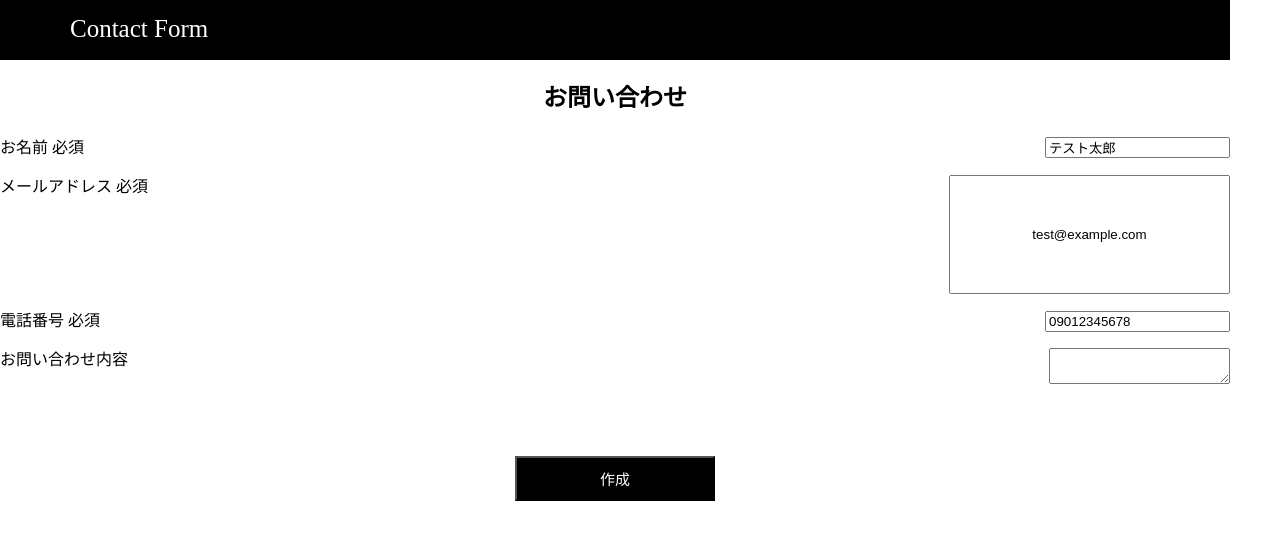
Repository: mayu-ya/my-contact-form
Page: http://localhost/
The author's editor kept a copy of each file at every save. The page is drawn from the files as they stood at one save, then again after the next save.
The browser window is 1280 px wide. The pictures show the whole page.
The page is served by the project's Laravel application, run on PHP 8.4 with Laravel 8. Other server files are loaded and not shown.

Above is the page before, as saved 2026-01-01 15:04:37.

### src/routes/web.php
<?php

use Illuminate\Support\Facades\Route;
use App\Http\Controllers\ContactController;

/*
|--------------------------------------------------------------------------
| Web Routes
|--------------------------------------------------------------------------
|
| Here is where you can register web routes for your application. These
| routes are loaded by the RouteServiceProvider within a group which
| contains the "web" middleware group. Now create something great!
|
*/

Route::get('/', [ContactController::class,'index']);

### src/app/Http/Controllers/ContactController.php
<?php

namespace App\Http\Controllers;

use Illuminate\Http\Request;

class ContactController extends Controller
{
    public function index()
    {
        return view('index');
    }
}

### src/resources/views/index.blade.php
@extends('layouts.app')

@section('css')
<link rel="stylesheet" href="{{ asset('css/index.css') }}">
@endsection

@section('content')
<div class="content">
    <div class="form-title">
        <h2 class="form-title-con">お問い合わせ</h2>
    </div>

    <form class="form">
        <div class="form-content">
            <div class="form-content-name">
                <span class="form-content-name_na">お名前</span>
                <span class="form-content-name_re">必須</span>
            </div>
            <div class="form-name_create">
                <input type="text" name="name" value="テスト太郎">
            </div>
        </div>
        <div class="form-content">
            <div class="form-content-email">
                <span class="form-content-email_em">メールアドレス</span>
                <span class="form-content-email_re">必須</span>
            </div>
            <div class="form-email_create">
                <input type="text" name="email" value="test@example.com">
            </div>
        </div>
        <div class="form-content">
            <div class="form-content-tel">
                <span class="form-content-tel_te">電話番号</span>
                <span class="form-content-tel_re">必須</span>
            </div>
            <div class="form-tel_create">
                <input type="text" name="tel" value="09012345678">
            </div>
        </div>
        <div class="form-content">
            <div class="form-content-text">
                <span class="content-text_co">お問い合わせ内容</span>
            </div>
            <div class="form-text_create">
                <textarea name="text" value="資料をいただきたいです"></textarea>
            </div>

        </div>

        <div class="form-button">
            <button class="form-button_create">作成</button>
        </div>
    </form>
</div>
@endsection

### src/resources/views/layouts/app.blade.php
<!DOCTYPE html>
<html lang="ja">
<head>
    <meta charset="UTF-8">
    <meta name="viewport" content="width=device-width, initial-scale=1.0">
    <title>Contact Form</title>
    <link rel="stylesheet" href="{{ asset('css/sanitize.css') }}">
    <link rel="stylesheet" href="{{ asset('css/common.css') }}">
    @yield('css')
</head>
<body>
    <header class="header">
        <div class="header-title">
            <a href="/" class="header-logo">Contact Form</a>
        </div>
    </header>

    <main>
        @yield('content')
    </main>
</body>
</html>

### src/public/css/sanitize.css
/* Document
* ========================================================================== */

/**
* Add border box sizing in all browsers (opinionated).
*/

*,
::before,
::after {
  box-sizing: border-box;
}

/**
* 1. Add text decoration inheritance in all browsers (opinionated).
* 2. Add vertical alignment inheritance in all browsers (opinionated).
*/

::before,
::after {
  vertical-align: inherit;
  /* 2 */
  text-decoration: inherit;
  /* 1 */
}

/**
* 1. Use the default cursor in all browsers (opinionated).
* 2. Change the line height in all browsers (opinionated).
* 3. Use a 4-space tab width in all browsers (opinionated).
* 4. Remove the grey highlight on links in iOS (opinionated).
* 5. Prevent adjustments of font size after orientation changes in
*    IE on Windows Phone and in iOS.
* 6. Breaks words to prevent overflow in all browsers (opinionated).
*/

html {
  word-break: break-word;
  /* 6 */
  -moz-tab-size: 4;
  /* 3 */
  tab-size: 4;
  /* 3 */
  line-height: 1.5;
  /* 2 */
  cursor: default;
  /* 1 */

  -webkit-tap-highlight-color: transparent
    /* 4 */
  ;
  -ms-text-size-adjust: 100%;
  /* 5 */
  -webkit-text-size-adjust: 100%;
  /* 5 */
}

/* Sections
* ========================================================================== */

/**
* Remove the margin in all browsers (opinionated).
*/

body {
  margin: 0;
}

/**
* Correct the font size and margin on `h1` elements within `section` and
* `article` contexts in Chrome, Edge, Firefox, and Safari.
*/

h1 {
  margin: 0.67em 0;
  font-size: 2em;
}

/* Grouping content
* ========================================================================== */

/**
* Remove the margin on nested lists in Chrome, Edge, IE, and Safari.
*/

dl dl,
dl ol,
dl ul,
ol dl,
ul dl {
  margin: 0;
}

/**
* Remove the margin on nested lists in Edge 18- and IE.
*/

ol ol,
ol ul,
ul ol,
ul ul {
  margin: 0;
}

/**
* 1. Add the correct sizing in Firefox.
* 2. Show the overflow in Edge 18- and IE.
*/

hr {
  overflow: visible;
  /* 2 */
  height: 0;
  /* 1 */
}

/**
* Add the correct display in IE.
*/

main {
  display: block;
}

/**
* Remove the list style on navigation lists in all browsers (opinionated).
*/

nav ol,
nav ul {
  padding: 0;
  list-style: none;
}

/**
* 1. Correct the inheritance and scaling of font size in all browsers.
* 2. Correct the odd `em` font sizing in all browsers.
*/

pre {
  font-size: 1em;
  /* 2 */
  font-family: monospace, monospace;
  /* 1 */
}

/* Text-level semantics
* ========================================================================== */

/**
* Remove the gray background on active links in IE 10.
*/

a {
  background-color: transparent;
}

/**
* Add the correct text decoration in Edge 18-, IE, and Safari.
*/

abbr[title] {
  text-decoration: underline;
  text-decoration: underline dotted;
}

/**
* Add the correct font weight in Chrome, Edge, and Safari.
*/

b,
strong {
  font-weight: bolder;
}

/**
* 1. Correct the inheritance and scaling of font size in all browsers.
* 2. Correct the odd `em` font sizing in all browsers.
*/

code,
kbd,
samp {
  font-size: 1em;
  /* 2 */
  font-family: monospace, monospace;
  /* 1 */
}

/**
* Add the correct font size in all browsers.
*/

small {
  font-size: 80%;
}

/* Embedded content
* ========================================================================== */

/*
* Change the alignment on media elements in all browsers (opinionated).
*/

audio,
canvas,
iframe,
img,
svg,
video {
  vertical-align: middle;
}

/**
* Add the correct display in IE 9-.
*/

audio,
video {
  display: inline-block;
}

/**
* Add the correct display in iOS 4-7.
*/

audio:not([controls]) {
  display: none;
  height: 0;
}

/**
* Remove the border on iframes in all browsers (opinionated).
*/

iframe {
  border-style: none;
}

/**
* Remove the border on images within links in IE 10-.
*/

img {
  border-style: none;
}

/**
* Change the fill color to match the text color in all browsers (opinionated).
*/

svg:not([fill]) {
  fill: currentColor;
}

/**
* Hide the overflow in IE.
*/

svg:not(:root) {
  overflow: hidden;
}

/* Tabular data
* ========================================================================== */

/**
* Collapse border spacing in all browsers (opinionated).
*/

table {
  border-collapse: collapse;
}

/* Forms
* ========================================================================== */

/**
* Remove the margin on controls in Safari.
*/

button,
input,
select {
  margin: 0;
}

/**
* 1. Show the overflow in IE.
* 2. Remove the inheritance of text transform in Edge 18-, Firefox, and IE.
*/

button {
  overflow: visible;
  /* 1 */
  text-transform: none;
  /* 2 */
}

/**
* Correct the inability to style buttons in iOS and Safari.
*/

button,
[type="button"],
[type="reset"],
[type="submit"] {
  -webkit-appearance: button;
}

/**
* 1. Change the inconsistent appearance in all browsers (opinionated).
* 2. Correct the padding in Firefox.
*/

fieldset {
  padding: 0.35em 0.75em 0.625em;
  /* 2 */
  border: 1px solid #a0a0a0;
  /* 1 */
}

/**
* Show the overflow in Edge 18- and IE.
*/

input {
  overflow: visible;
}

/**
* 1. Correct the text wrapping in Edge 18- and IE.
* 2. Correct the color inheritance from `fieldset` elements in IE.
*/

legend {
  display: table;
  /* 1 */
  max-width: 100%;
  /* 1 */
  color: inherit;
  /* 2 */
  white-space: normal;
  /* 1 */
}

/**
* 1. Add the correct display in Edge 18- and IE.
* 2. Add the correct vertical alignment in Chrome, Edge, and Firefox.
*/

progress {
  display: inline-block;
  /* 1 */
  vertical-align: baseline;
  /* 2 */
}

/**
* Remove the inheritance of text transform in Firefox.
*/

select {
  text-transform: none;
}

/**
* 1. Remove the margin in Firefox and Safari.
* 2. Remove the default vertical scrollbar in IE.
* 3. Change the resize direction in all browsers (opinionated).
*/

textarea {
  overflow: auto;
  /* 2 */
  margin: 0;
  /* 1 */
  resize: vertical;
  /* 3 */
}

/**
* Remove the padding in IE 10-.
*/

[type="checkbox"],
[type="radio"] {
  padding: 0;
}

/**
* 1. Correct the odd appearance in Chrome, Edge, and Safari.
* 2. Correct the outline style in Safari.
*/

[type="search"] {
  outline-offset: -2px;
  /* 2 */

  -webkit-appearance: textfield;
  /* 1 */
}

/**
* Correct the cursor style of increment and decrement buttons in Safari.
*/

::-webkit-inner-spin-button,
::-webkit-outer-spin-button {
  height: auto;
}

/**
* Correct the text style of placeholders in Chrome, Edge, and Safari.
*/

::-webkit-input-placeholder {
  color: inherit;
  opacity: 0.54;
}

/**
* Remove the inner padding in Chrome, Edge, and Safari on macOS.
*/

::-webkit-search-decoration {
  -webkit-appearance: none;
}

/**
* 1. Correct the inability to style upload buttons in iOS and Safari.
* 2. Change font properties to `inherit` in Safari.
*/

::-webkit-file-upload-button {
  font: inherit;
  /* 2 */

  -webkit-appearance: button;
  /* 1 */
}

/**
* Remove the inner border and padding of focus outlines in Firefox.
*/

::-moz-focus-inner {
  padding: 0;
  border-style: none;
}

/**
* Restore the focus outline styles unset by the previous rule in Firefox.
*/

:-moz-focusring {
  outline: 1px dotted ButtonText;
}

/**
* Remove the additional :invalid styles in Firefox.
*/

:-moz-ui-invalid {
  box-shadow: none;
}

/* Interactive
* ========================================================================== */

/*
* Add the correct display in Edge 18- and IE.
*/

details {
  display: block;
}

/*
* Add the correct styles in Edge 18-, IE, and Safari.
*/

dialog {
  position: absolute;
  right: 0;
  left: 0;
  display: block;
  margin: auto;
  padding: 1em;
  width: -moz-fit-content;
  width: -webkit-fit-content;
  width: fit-content;
  height: -moz-fit-content;
  height: -webkit-fit-content;
  height: fit-content;
  border: solid;
  background-color: white;
  color: black;
}

dialog:not([open]) {
  display: none;
}

/*
* Add the correct display in all browsers.
*/

summary {
  display: list-item;
}

/* Scripting
* ========================================================================== */

/**
* Add the correct display in IE 9-.
*/

canvas {
  display: inline-block;
}

/**
* Add the correct display in IE.
*/

template {
  display: none;
}

/* User interaction
* ========================================================================== */

/*
* 1. Remove the tapping delay in IE 10.
* 2. Remove the tapping delay on clickable elements
in all browsers (opinionated).
*/

a,
area,
button,
input,
label,
select,
summary,
textarea,
[tabindex] {
  -ms-touch-action: manipulation;
  /* 1 */
  touch-action: manipulation;
  /* 2 */
}

/**
* Add the correct display in IE 10-.
*/

[hidden] {
  display: none;
}

/* Accessibility
* ========================================================================== */

/**
* Change the cursor on busy elements in all browsers (opinionated).
*/

[aria-busy="true"] {
  cursor: progress;
}

/*
* Change the cursor on control elements in all browsers (opinionated).
*/

[aria-controls] {
  cursor: pointer;
}

/*
* Change the cursor on disabled, not-editable, or otherwise
* inoperable elements in all browsers (opinionated).
*/

[aria-disabled="true"],
[disabled] {
  cursor: not-allowed;
}

/*
* Change the display on visually hidden accessible elements
* in all browsers (opinionated).
*/

[aria-hidden="false"][hidden] {
  display: initial;
}

[aria-hidden="false"][hidden]:not(:focus) {
  position: absolute;
  clip: rect(0, 0, 0, 0);
}

### src/public/css/common.css
.header {
    background: black;
    height: 60px;
    max-width: 1230px;
}

.header-logo{
    display: block;
    color: white;
    font-size: 25px;
    padding-top: 10px;
    padding-left: 70px;
    text-decoration: none;
    cursor: pointer;
}

### src/public/css/index.css
.content {
    max-width: 1230px;
}

.form-title-con {
    text-align: center;
}

.form {
    margin: 0 auto;
    text-align: center;
}

.form-content {
    display: flex;
    justify-content: space-between;
    margin-bottom: 15px;
}

.form-email_create input,

.form-button {
    text-align: center;
    padding: 50px;
}

.form-button_create {
    color: white;
    background: black;
    font-size: 15px;
    width: 200px;
    height: 45px;
    cursor: pointer;
}

Loaded but not shown: src/app/Http/Controllers/Controller.php (common file)

After the next save:
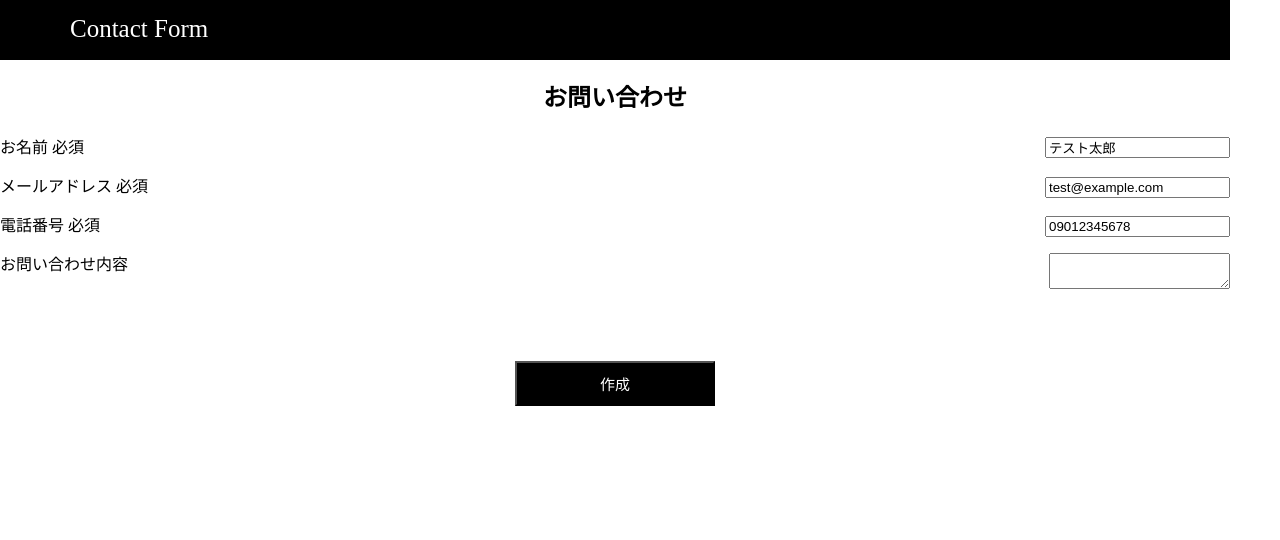
Saved 7 h 9 min later.
--- a/src/resources/views/index.blade.php
+++ b/src/resources/views/index.blade.php
@@ -16,7 +16,7 @@
                 <span class="form-content-name_na">お名前</span>
                 <span class="form-content-name_re">必須</span>
             </div>
-            <div class="form-name_create">
+            <div class="form_create">
                 <input type="text" name="name" value="テスト太郎">
             </div>
         </div>
@@ -25,7 +25,7 @@
                 <span class="form-content-email_em">メールアドレス</span>
                 <span class="form-content-email_re">必須</span>
             </div>
-            <div class="form-email_create">
+            <div class="form_create">
                 <input type="text" name="email" value="test@example.com">
             </div>
         </div>
@@ -34,7 +34,7 @@
                 <span class="form-content-tel_te">電話番号</span>
                 <span class="form-content-tel_re">必須</span>
             </div>
-            <div class="form-tel_create">
+            <div class="form_create">
                 <input type="text" name="tel" value="09012345678">
             </div>
         </div>
